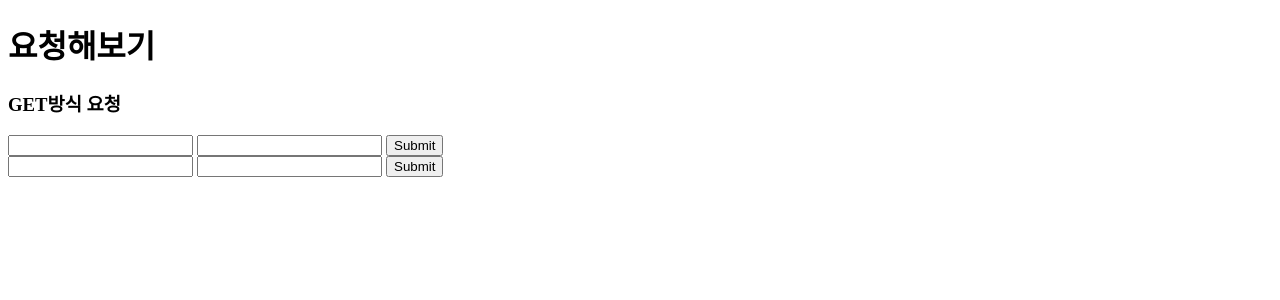
Repository: joeunpyeong/javaA
Page: http://localhost/04.Implicit/Ex01_Request/Ex01_Request.jsp
These files come from the project's save history. The page is drawn as it stood at one moment and after the next save; the edit follows.
The browser window is 1280 px wide. The pictures show the whole page.
The page is served by Tomcat 9. Other server files are loaded and not shown.

Above is the page before, as saved 2023-05-22 01:57:59.

### 04.Implicit/src/main/webapp/Ex01_Request/Ex01_Request.jsp
<%@ page language="java" contentType="text/html; charset=UTF-8"
    pageEncoding="UTF-8"%>
<!DOCTYPE html>
<html>
<head>
<meta charset="UTF-8">
<title>Insert title here</title>
</head>
<body>
<h1>요청해보기</h1>
 <!-- 특정한  Servlet파일(Mapping => "/요청주소") 에 어떠한 정보를 주고 다음 작업을 요청한다. (Client)
 		ex) 네이버에 아이디 비밀번호를 입력하고 로그인 버튼을 누른다. => 로그인 후 작업을 요청한다.
 		webapp(View) : 눈에 보이는 영역의 작업(Html ,Jsp, xmlLayout ...)
 		Java(Controller) : 눈에 안보이지만 View에서 들어온 요청을 처리하는 부분..
 							(Java ,C++,C#,Python, Servlet ... 등의 백엔드 언어)
 		request(Model) : View와 Controller 사이에서 데이터를 전송하는 목적으로 사용하는 객체. (사용하는 로직)
 		MVC 패턴 -  web에서 가장 흔히 그리고 널리 사용되는 디자인 패턴 (V->C->M->V->C->....)
 		-->

 <!-- GET 방식으로 Servlet요청해보기, POST방식으로 Servlet에 요청해보기
 		요청받을 맵핑 => Ex01_Request <=
 		//localhost/imp/Ex01_Request => Servlet파일이 동작

 		폼태그 이용해서 작업해보기.
  -->
	<h3>GET방식 요청</h3>
	<form action="Ex03_GetPost" method ="get">
		<input type="text" name="txt1" id="txt2">
		<input type="text" name="txt2" id="txt2">
		<input type="submit">
	</form>
	<form action="Ex03_GetPost" method ="post">
		<input type="text" name="txt1" id="txt2">
		<input type="text" name="txt2" id="txt2">
		<input type="submit">
	</form>



</body>
</html>

After the next save:
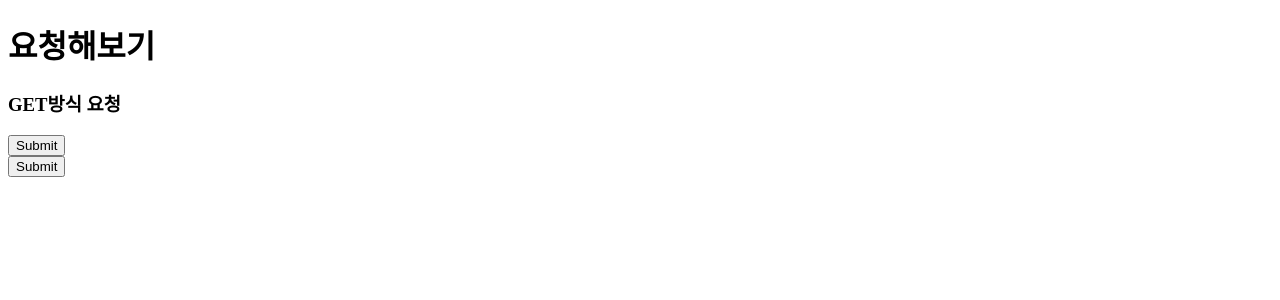
Saved 48 s later.
--- a/04.Implicit/src/main/webapp/Ex01_Request/Ex01_Request.jsp
+++ b/04.Implicit/src/main/webapp/Ex01_Request/Ex01_Request.jsp
@@ -24,14 +24,11 @@
  		폼태그 이용해서 작업해보기.
   -->
 	<h3>GET방식 요청</h3>
-	<form action="Ex03_GetPost" method ="get">
-		<input type="text" name="txt1" id="txt2">
-		<input type="text" name="txt2" id="txt2">
+	<form action="Ex01_Request" method ="get">
+
 		<input type="submit">
 	</form>
-	<form action="Ex03_GetPost" method ="post">
-		<input type="text" name="txt1" id="txt2">
-		<input type="text" name="txt2" id="txt2">
+	<form action="Ex01_Request" method ="post">
 		<input type="submit">
 	</form>
 
